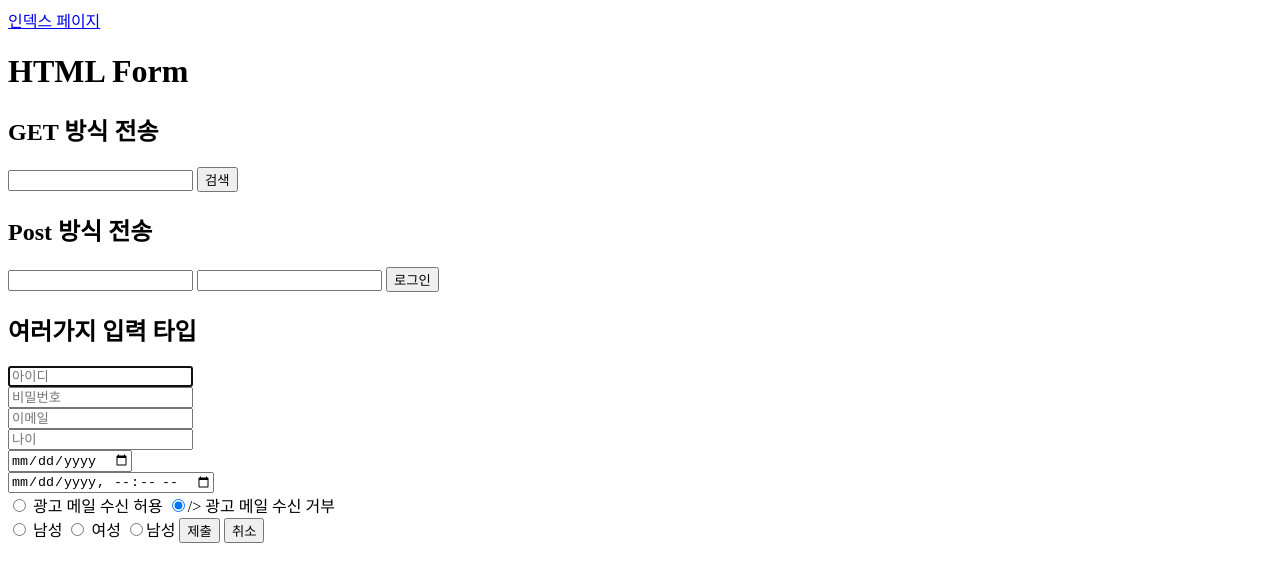
Repository: Sid0130/HTML
Page: lab-web/lab01_html/src/main/webapp/form.html
These files come from the project's save history. The page is drawn as it stood at one moment and after the next save; the edit follows.
The browser window is 1280 px wide. The pictures show the whole page.

Above is the page before, as saved 2024-12-04 05:02:29.

After the next save:
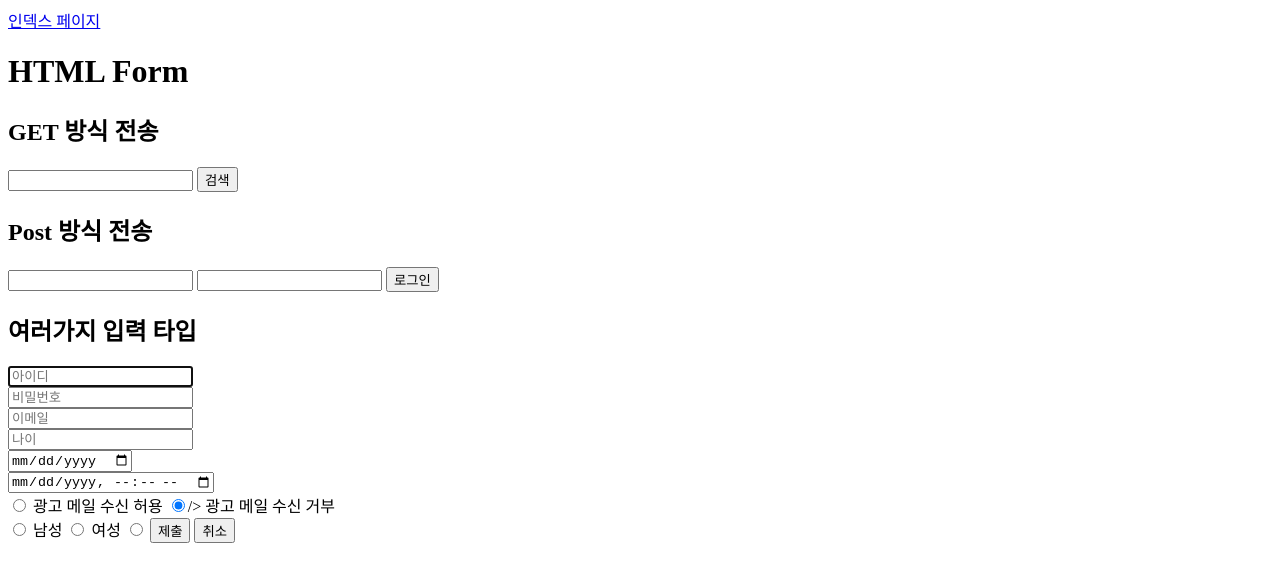
Saved 18 s later.
--- a/lab-web/lab01_html/src/main/webapp/form.html
+++ b/lab-web/lab01_html/src/main/webapp/form.html
@@ -66,7 +66,7 @@
             <label for="rbMale">여성</label>
 
             <input type="radio" name="gender" value="U" id="rbUnknow/>
-            <label for="rbMale">남성</label>
+            <label for="rbUnknow"></label>
             <input type="submit" value="제출"/> <!-- 클라이언트가 서버로 양식 데이터를 제출 -->
             <input type="reset" value="취소"/> <!--클라이언트가 양식 데이터를 초기화 -->
             <!--UTF8 모든 특수기호는 인코딩한 다음에 보내주는 것 -->
